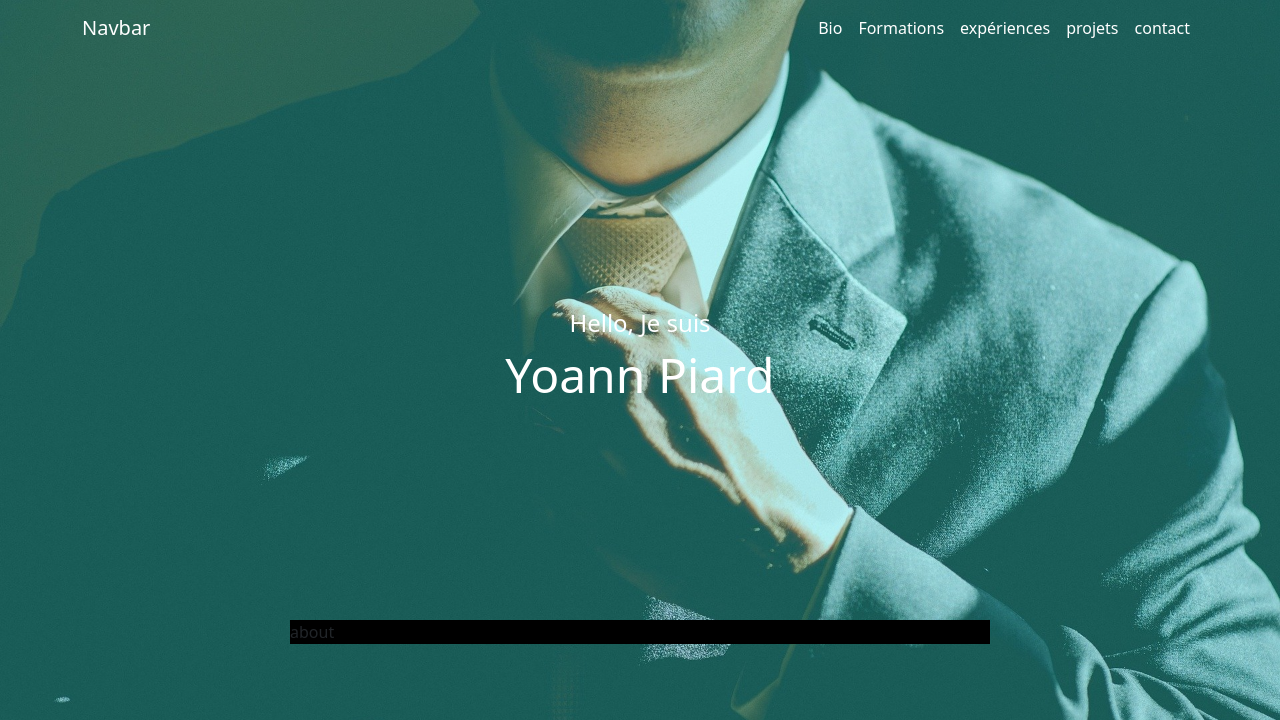
Repository: ypiard85/port-folio-bootstrap-yoann-2021
Page: index.html
These files come from the project's save history. The page is drawn as it stood at one moment and after the next save; the edit follows.
The browser window is 1280 px wide. The pictures show the whole page.

Above is the page before, as saved 2021-03-09 12:43:48.

After the next save:
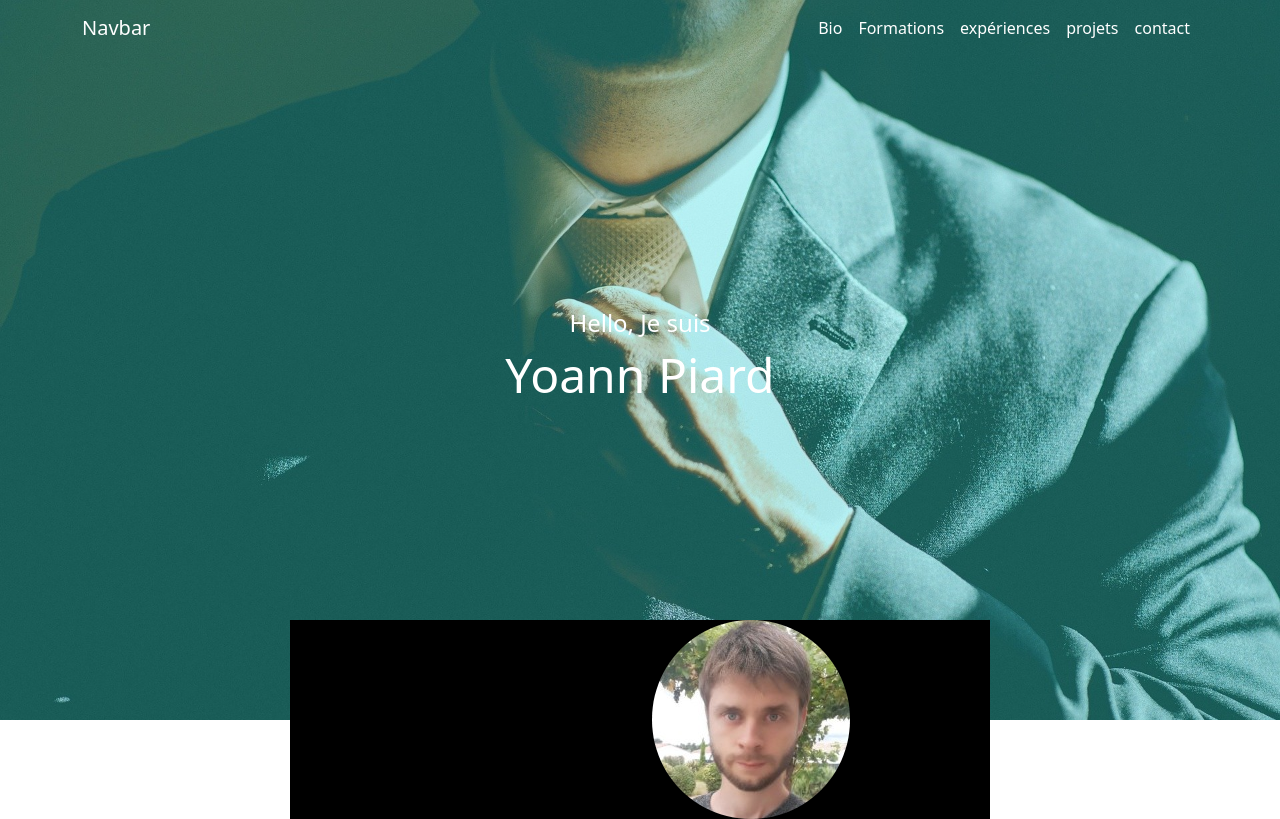
Saved 57 s later.
--- a/index.html
+++ b/index.html
@@ -46,7 +46,14 @@
           </header>
 
           <section class="about_me">
-                about
+                <div class="row">
+                    <div class="col-md-6">
+
+                    </div>
+                    <div class="col-md-6">
+                        <img src="./resource/image/yoann_piard.png" alt="">
+                    </div>
+                </div>
           </section>
 
 <!-- JavaScript Bundle with Popper -->
